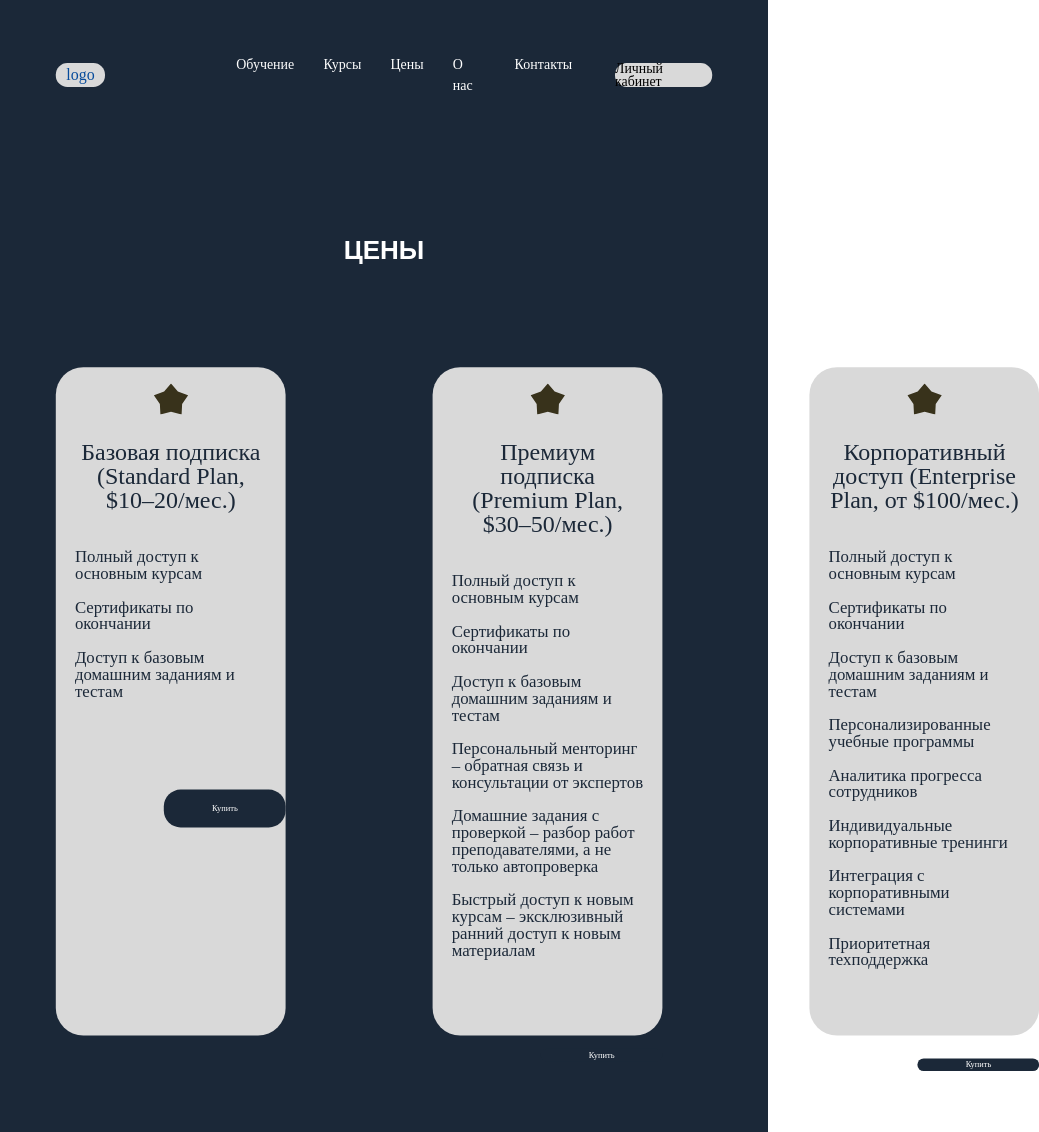
Repository: marjango/course
Page: /pricepage
The author's editor kept a copy of each file at every save. The page is drawn from the files as they stood at one save, then again after the next save.
The browser window is 1280 px wide. The page is 1732 px wide, so the pictures cover 1732 px, including what lies to the right of the window. The pictures show the whole page, at 60% of full size.
The project was rebuilt for these pictures with package versions that can differ from the ones it lists, and the page was loaded fresh each time. The framework's server and built-in components were replaced by stand-ins that run in the browser. Also part of the build but not shown: next.config.ts.

Above is the page before, as saved 2025-03-26 21:08:56.

After the next save:
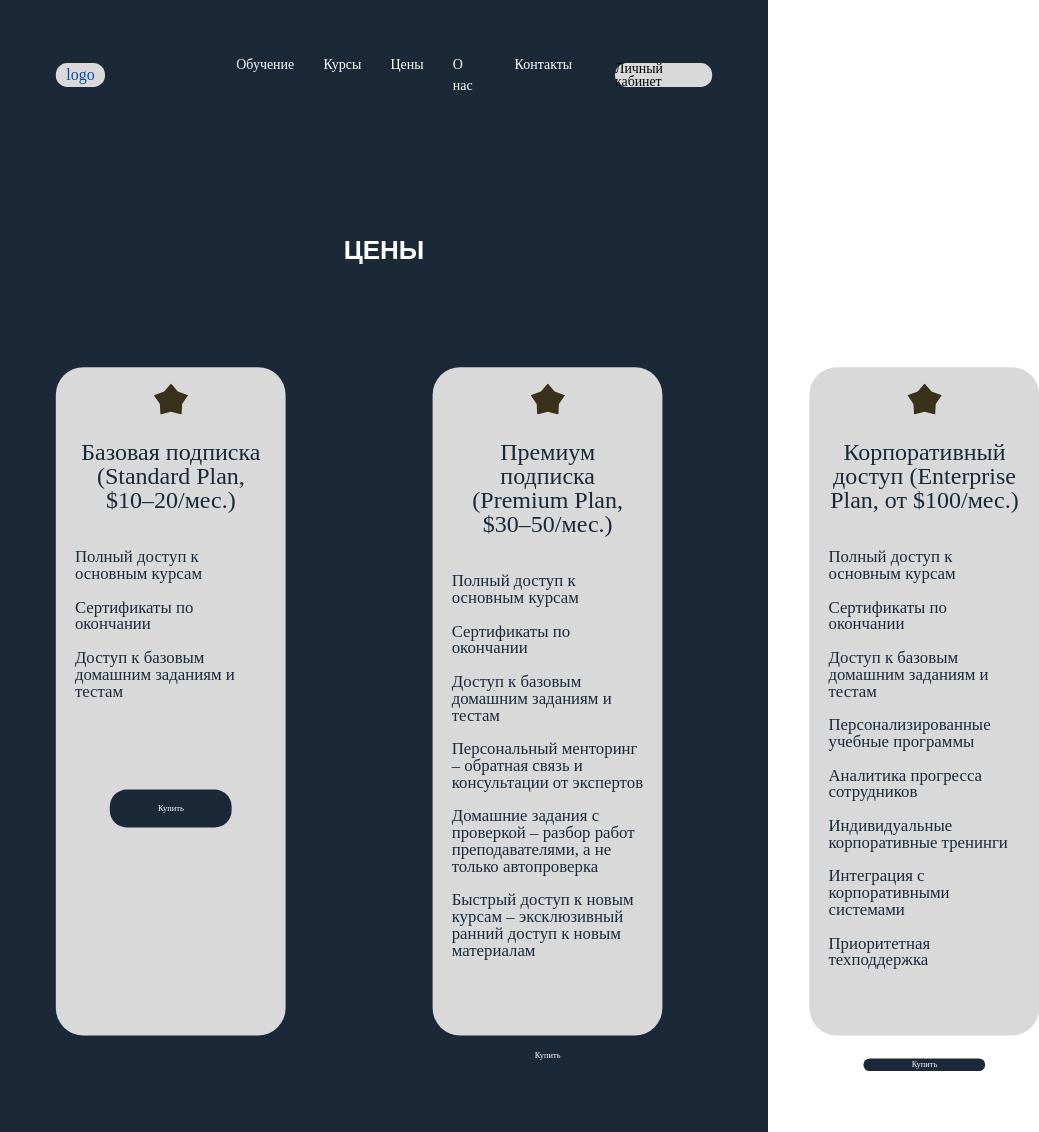
Saved 16 min 54 s later.
--- a/app/pricepage/price.module.css
+++ b/app/pricepage/price.module.css
@@ -99,5 +99,5 @@
     font-size: 14px;
     border: none;
     border-radius: 28px;
-    align-self: self-end;
+
 }
